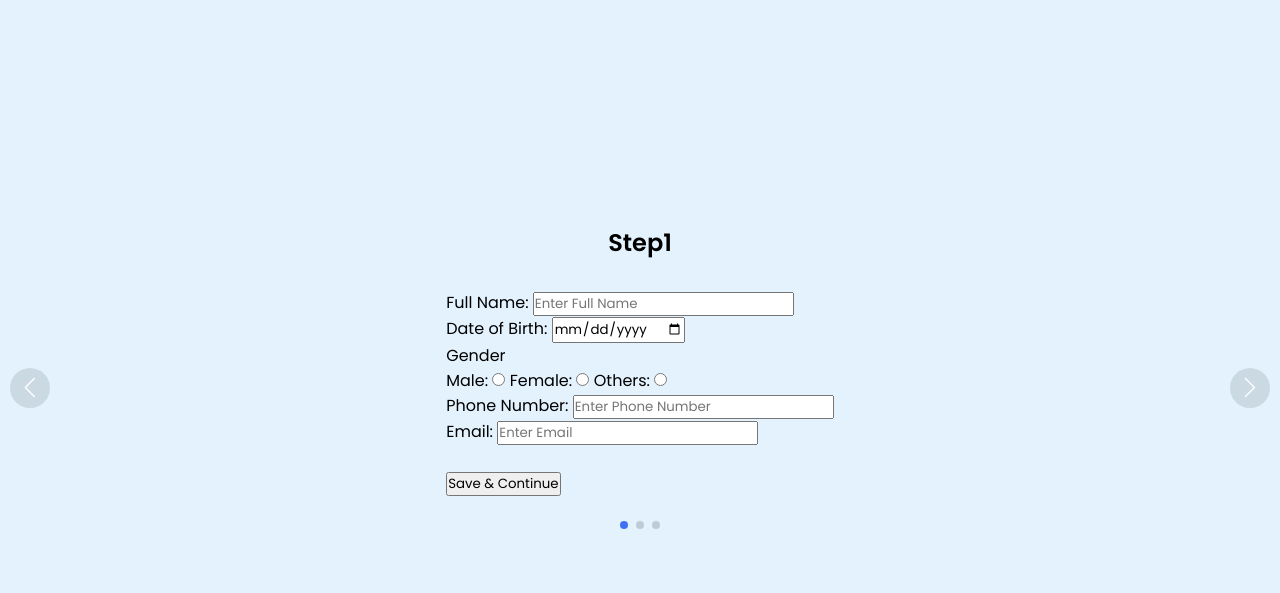
Repository: Habeebur1493/-22-multi-step-form
Page: index.html
An editor plug-in stored every save of this project. The page is shown before and after the next save, followed by the edit.
The browser window is 1280 px wide. The pictures show the whole page.

Above is the page before, as saved 2024-10-13 12:53:15.

### index.html
<!DOCTYPE html>
<html lang="en">
  <head>
    <meta charset="UTF-8" />
    <meta http-equiv="X-UA-Compatible" content="IE=edge" />
    <meta name="viewport" content="width=device-width, initial-scale=1.0" />
    <title>Responsive Testimonial Slider</title>

    <!-- Swiper CSS -->
    <link rel="stylesheet" href="css/swiper-bundle.min.css" />

    <!-- CSS -->
    <link rel="stylesheet" href="css/style.css" />

    <!-- Boxicons CSS -->
    <link
      href="https://unpkg.com/boxicons@2.1.2/css/boxicons.min.css"
      rel="stylesheet"
    />
  </head>
  <body>
    <section class="container">
      <div class="testimonial mySwiper">
        <div class="testi-content swiper-wrapper">
          <div class="slide swiper-slide">
            <h1>Step1</h1>
            <form action="">
              Full Name:
              <input type="text" placeholder="Enter Full Name" />
              <br>
              Date of Birth:
              <input type="date" placeholder="Date of Birth" />
              <br>
              Gender
              <br>
              Male:
              <input type="radio" name="Gender:" id="">
              Female:
              <input type="radio" name="Gender:" id="">
              Others:
              <input type="radio" name="Gender:" id="">
              <br>
              Phone Number:
              <input type="number" placeholder="Enter Phone Number" />
              <br>
              Email:
              <input type="email" placeholder="Enter Email" />
              <br>
              <br>
              <button type="save">Save & Continue</button>


            </form>
          </div>
          <div class="slide swiper-slide">

            <p>
              Lorem ipsum dolor sit amet, consectetur adipisicing elit. Aperiam,
              saepe provident dolorem a quaerat quo error facere nihil deleniti
              eligendi ipsum adipisci, fugit, architecto amet asperiores
              doloremque deserunt eum nemo.
            </p>

            <i class="bx bxs-quote-alt-left quote-icon"></i>

            <div class="details">
              <span class="name">Marnie Lotter</span>
              <span class="job">Web Developer</span>
            </div>
          </div>
          <div class="slide swiper-slide">

            <p>
              Lorem ipsum dolor sit amet, consectetur adipisicing elit. Aperiam,
              saepe provident dolorem a quaerat quo error facere nihil deleniti
              eligendi ipsum adipisci, fugit, architecto amet asperiores
              doloremque deserunt eum nemo.
            </p>

            <i class="bx bxs-quote-alt-left quote-icon"></i>

            <div class="details">
              <span class="name">Marnie Lotter</span>
              <span class="job">Web Developer</span>
            </div>
          </div>
        </div>
        <div class="swiper-button-next nav-btn"></div>
        <div class="swiper-button-prev nav-btn"></div>
        <div class="swiper-pagination"></div>
      </div>
    </section>

    <!-- Swiper JS -->
    <script src="js/swiper-bundle.min.js"></script>

    <!-- JavaScript -->
    <script src="js/script.js"></script>
  </body>
</html>

### css/style.css
/* Google Fonts - Poppins */
@import url("https://fonts.googleapis.com/css2?family=Poppins:wght@300;400;500;600&display=swap");

* {
  margin: 0;
  padding: 0;
  box-sizing: border-box;
  font-family: "Poppins", sans-serif;
}
.container {
  height: 100vh;
  width: 100%;
  display: flex;
  align-items: center;
  justify-content: center;
  background-color: #e3f2fd;
}
.testimonial {
  position: relative;
  max-width: 1400px;
  width: 100%;
  padding: 50px 0;
  overflow: hidden;
}
.testimonial .image {
  height: 170px;
  width: 170px;
  object-fit: cover;
  border-radius: 50%;
}
.testimonial .slide {
  display: flex;
  align-items: center;
  justify-content: center;
  flex-direction: column;
  row-gap: 30px;
  height: 100%;
  width: 100%;
}
.slide p {
  text-align: center;
  padding: 0 160px;
  font-size: 14px;
  font-weight: 400;
  color: #333;
}
.slide .quote-icon {
  font-size: 30px;
  color: #4070f4;
}
.slide .details {
  display: flex;
  flex-direction: column;
  align-items: center;
}
.details .name {
  font-size: 14px;
  font-weight: 600;
  color: #333;
}
.details .job {
  font-size: 12px;
  font-weight: 400;
  color: #333;
}
/* swiper button css */
.nav-btn {
  height: 40px;
  width: 40px;
  border-radius: 50%;
  transform: translateY(30px);
  background-color: rgba(0, 0, 0, 0.1);
  transition: 0.2s;
}
.nav-btn:hover {
  background-color: rgba(0, 0, 0, 0.2);
}
.nav-btn::after,
.nav-btn::before {
  font-size: 20px;
  color: #fff;
}
.swiper-pagination-bullet {
  background-color: rgba(0, 0, 0, 0.8);
}
.swiper-pagination-bullet-active {
  background-color: #4070f4;
}
@media screen and (max-width: 768px) {
  .slide p {
    padding: 0 20px;
  }
  .nav-btn {
    display: none;
  }
}

### js/script.js
var swiper = new Swiper(".mySwiper", {
  slidesPerView: 1,
  grabCursor: true,
  loop: true,
  pagination: {
    el: ".swiper-pagination",
    clickable: true,
  },
  navigation: {
    nextEl: ".swiper-button-next",
    prevEl: ".swiper-button-prev",
  },
});

Loaded but not shown: css/swiper-bundle.min.css (library); js/swiper-bundle.min.js (library)

After the next save:
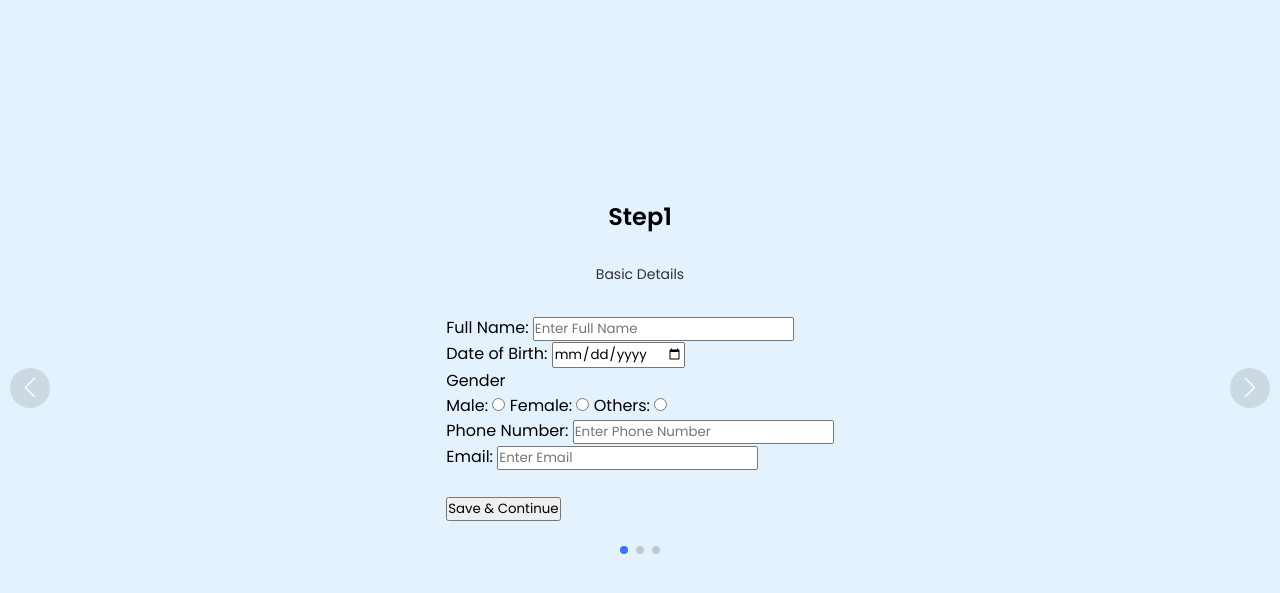
Saved 5 min 19 s later.
--- a/index.html
+++ b/index.html
@@ -24,6 +24,7 @@
         <div class="testi-content swiper-wrapper">
           <div class="slide swiper-slide">
             <h1>Step1</h1>
+            <p>Basic Details</p>
             <form action="">
               Full Name:
               <input type="text" placeholder="Enter Full Name" />
@@ -48,25 +49,37 @@
               <br>
               <br>
               <button type="save">Save & Continue</button>
-
-
             </form>
           </div>
           <div class="slide swiper-slide">
+            <h1>Step2</h1>
+            <p>Medical Details</p>
+           <form action="">
+              Height:
+              <input type="number" placeholder="Enter Height" />
+              <br>
+              Weight:
+              <input type="number" placeholder="Enter Weight" />
+              <br>
+              Blood Group:
+              <select name="Blood Group" id="">
+                <option value="A+">A+</option>
+                <option value="A-">A-</option>
+                <option value="B+">B+</option>
+                <option value="B-">B-</option>
+                <option value="AB+">AB+</option>
+                <option value="AB-">AB-</option>
+                <option value="O+">O+</option>
+                <option value="O-">O-</option>
+              </select>
+              <br>
+              <br>
+              <button type="save">Save & Continue</button>
+              Eye Power:
+              <input type="range" min="0" max="100" step="10" value="50" />
+              <br>
 
-            <p>
-              Lorem ipsum dolor sit amet, consectetur adipisicing elit. Aperiam,
-              saepe provident dolorem a quaerat quo error facere nihil deleniti
-              eligendi ipsum adipisci, fugit, architecto amet asperiores
-              doloremque deserunt eum nemo.
-            </p>
-
-            <i class="bx bxs-quote-alt-left quote-icon"></i>
-
-            <div class="details">
-              <span class="name">Marnie Lotter</span>
-              <span class="job">Web Developer</span>
-            </div>
+           </form>
           </div>
           <div class="slide swiper-slide">
 
